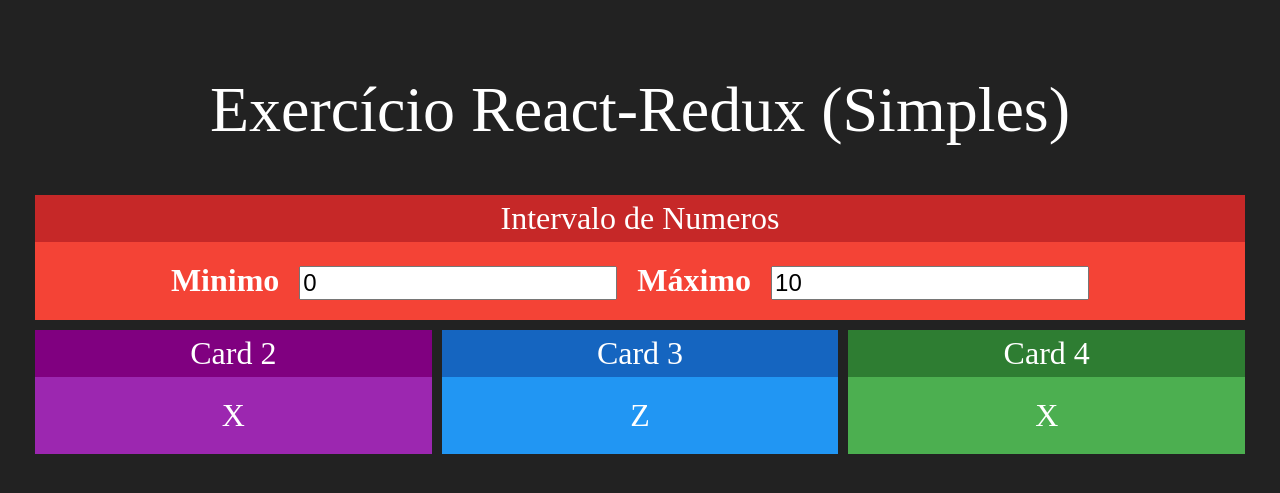
Repository: eversonps/redux-simples
Page: /
These files come from the project's save history. The page is drawn as it stood at one moment and after the next save; the edit follows.
The browser window is 1280 px wide. The pictures show the whole page.
The project was rebuilt for these pictures with package versions that can differ from the ones it lists, and the page was loaded fresh each time.

Above is the page before, as saved 2022-03-11 12:58:01.

After the next save:
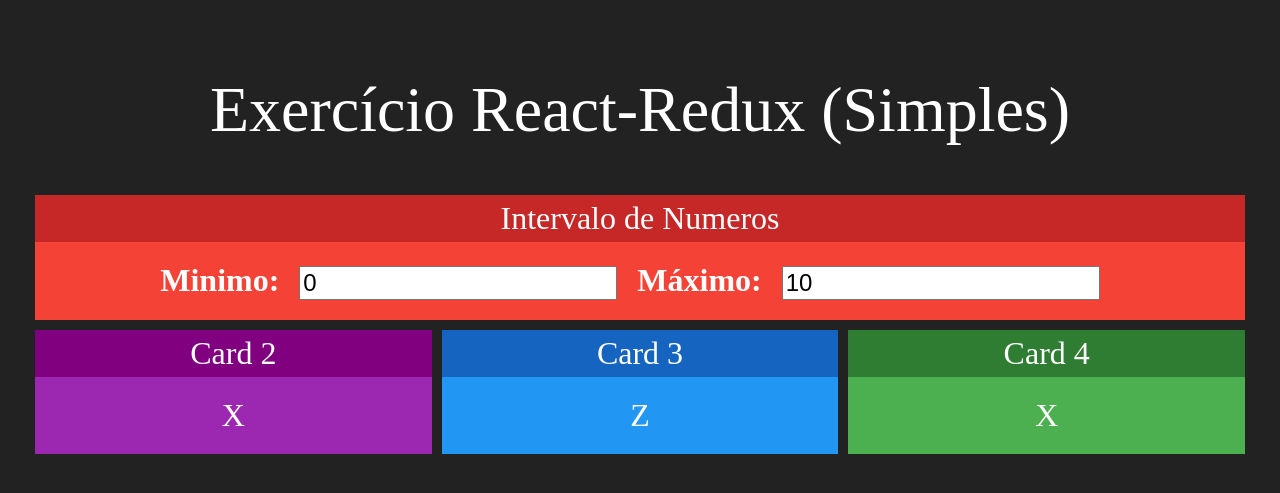
Saved 36 s later.
--- a/src/components/Intervalo.jsx
+++ b/src/components/Intervalo.jsx
@@ -7,12 +7,12 @@ export default props => {
         <Card title="Intervalo de Numeros" red>
             <div className="Intervalo">
                 <span>
-                    <strong>Minimo</strong>
+                    <strong>Minimo:</strong>
                     <input type="number" value={0} readOnly/>
                 </span>
 
                 <span>
-                    <strong>Máximo</strong>
+                    <strong>Máximo:</strong>
                     <input type="number" value={10} readOnly/>
                 </span>
             </div>
